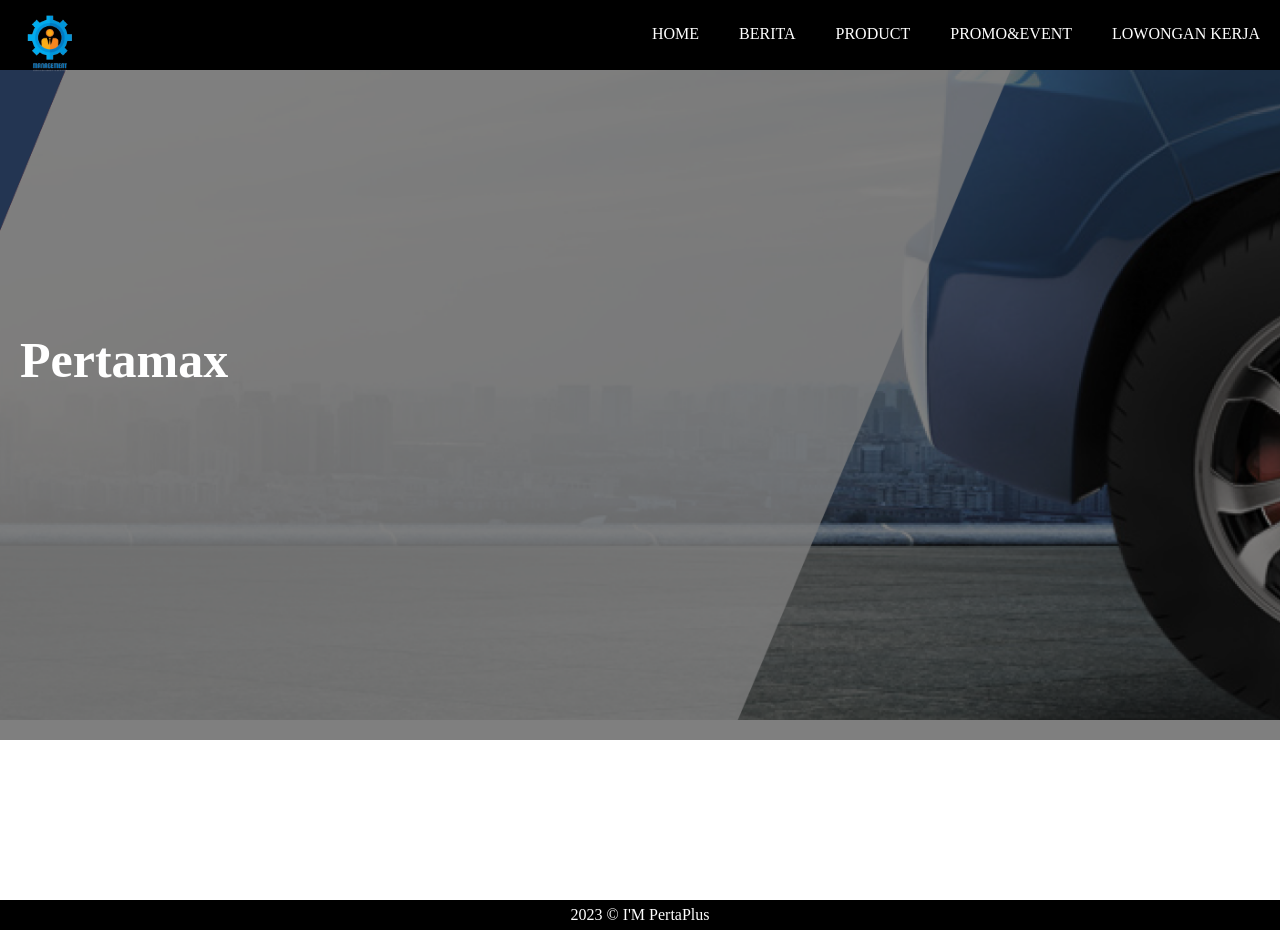
Repository: rizalardi34/project-mypertaplus
Page: pertamax.html
An editor plug-in stored every save of this project. The page is shown before and after the next save, followed by the edit.
The browser window is 1280 px wide. The pictures show the whole page.

Above is the page before, as saved 2023-04-25 13:06:15.

### pertamax.html
<html>
    <head>
        <title>Management Karyawan</title>
    </head>
    <body style="margin: 0; padding: 0; height: 100%;">
        <div>
            <div>
                <nav style="width:100%; background-color: black; position: fixed; top:0; height: 70px; display: flex; justify-content:space-between;">
                    <div class="logo">
                        <img src="logo.png" style="padding-top: 0px; padding-left: 10px; width: 80px;" >
                    </div>
                    <ul style="display: flex; list-style-type: none; line-height: 35px;">
                        <li><a href="./home.html" style="text-decoration: none; color:white; padding: 0px 20px;">HOME</a></li>
                        <li><a href="./profile.html" style="text-decoration: none; color:white; padding: 0px 20px; ">BERITA</a></li>
                        <li><a href="./product.html" style="text-decoration: none; color:white; padding: 0px 20px; ">PRODUCT</a></li>
                        <li><a href="dataKaryawan.html" style="text-decoration: none; color:white; padding: 0px 20px; ">PROMO&EVENT</a></li>
                        <li><a href="#" style="text-decoration: none; color:white; padding: 0px 20px; ">LOWONGAN KERJA</a></li>
                    </ul>
                </nav>
            </div>
            <div style="background-image: url(Main.png); background-repeat: no-repeat; background-size: cover; height: 100%;width: 100%; display: flex; justify-content: center; align-items: center;">
                <div style="background-color:rgb(0, 0, 0,0.5); height: 100%; width: 100%; display: flex; justify-content: start; align-items: center; padding: 20px;">
                    <h1 style=" color: white; font-size: 50px; ">Pertamax</h1>
                </div>
            </div>
            <div style="margin-top: 25vh;background-color: black;height: 30px;display: flex;justify-content: center;align-items: center;color: white;">
                <p>2023 © I'M PertaPlus</p>
            </div>
        </div>
    </body>
</html>

After the next save:
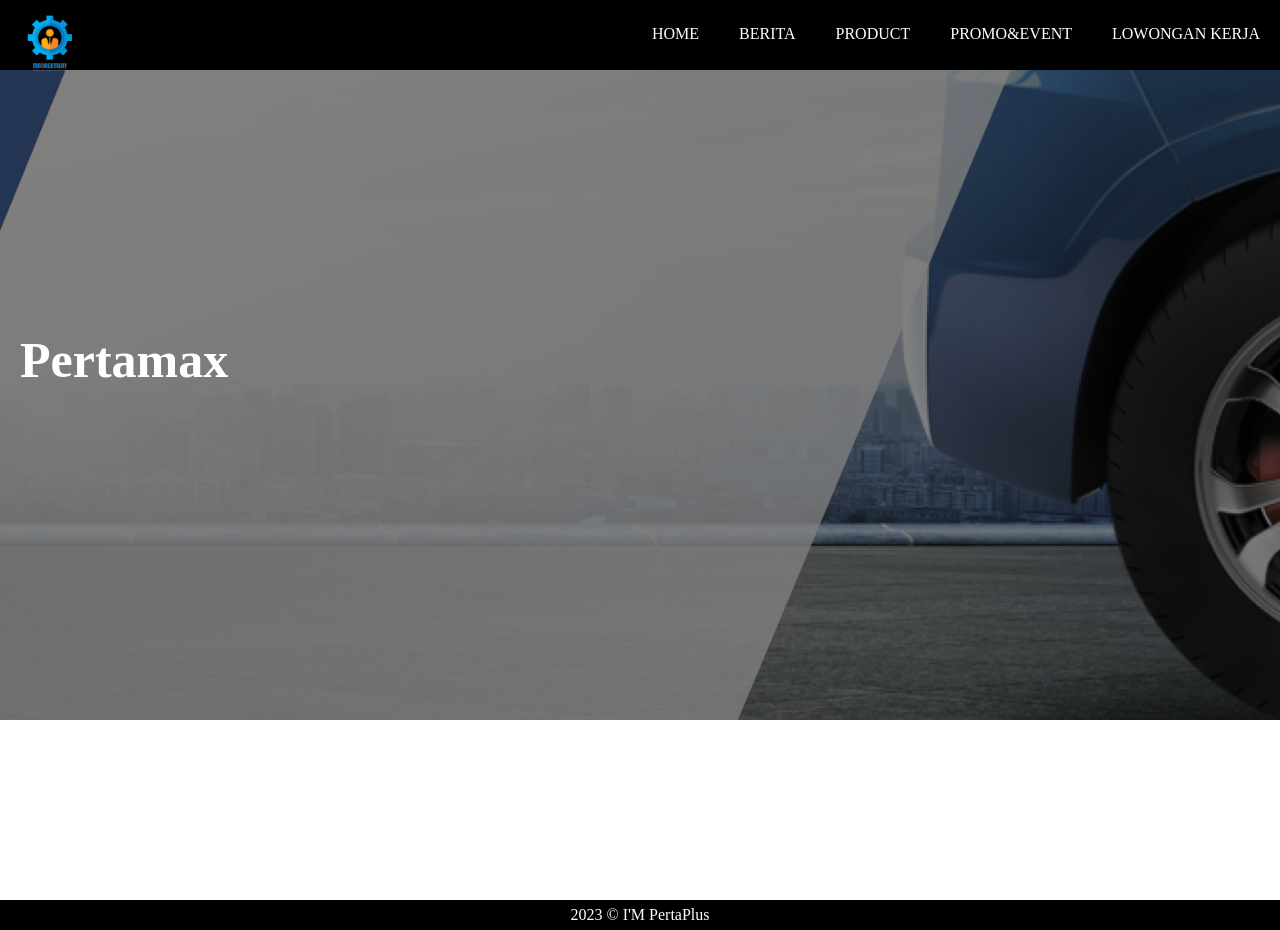
Saved 9 s later.
--- a/pertamax.html
+++ b/pertamax.html
@@ -19,7 +19,7 @@
                 </nav>
             </div>
             <div style="background-image: url(Main.png); background-repeat: no-repeat; background-size: cover; height: 100%;width: 100%; display: flex; justify-content: center; align-items: center;">
-                <div style="background-color:rgb(0, 0, 0,0.5); height: 100%; width: 100%; display: flex; justify-content: start; align-items: center; padding: 20px;">
+                <div style="background-color:rgb(0, 0, 0,0.5); height: 100%; width: 100%; display: flex; justify-content: start; align-items: center; padding-left: 20px;">
                     <h1 style=" color: white; font-size: 50px; ">Pertamax</h1>
                 </div>
             </div>
